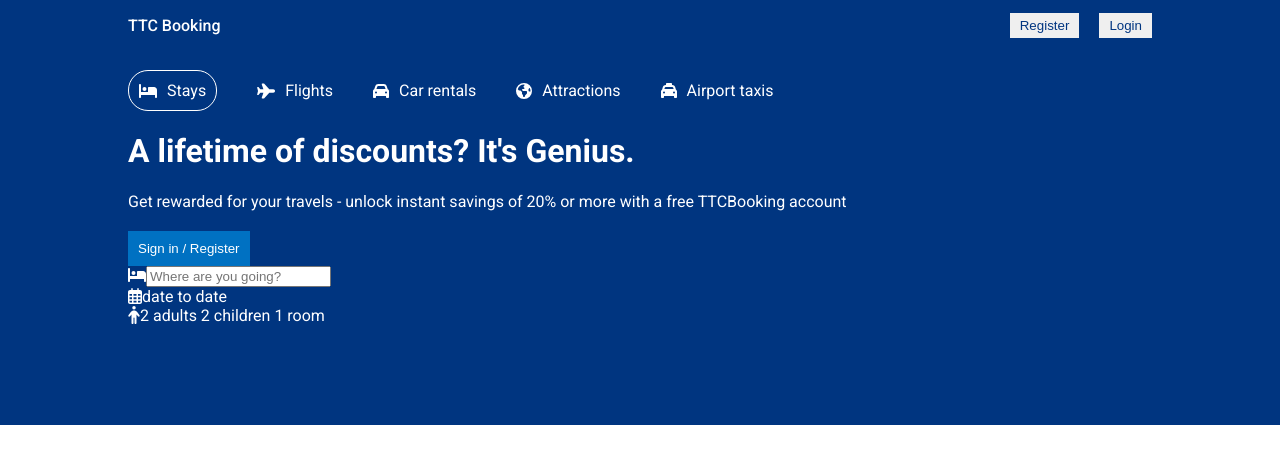
Repository: CarsonDev1/booking-app
Page: /
An editor plug-in stored every save of this project. The page is shown before and after the next save, followed by the edit.
The browser window is 1280 px wide. The pictures show the whole page.
The project was rebuilt for these pictures with package versions that can differ from the ones it lists, and the page was loaded fresh each time. Also part of the build but not shown: src/pages/home/home.css, src/pages/hotel/Hotel.jsx, src/pages/list/List.jsx.

Above is the page before, as saved 2022-12-03 01:01:41.

### public/index.html
<!DOCTYPE html>
<html lang="en">

<head>
  <meta charset="utf-8" />
  <link rel="icon" href="%PUBLIC_URL%/favicon.ico" />
  <meta name="viewport" content="width=device-width, initial-scale=1" />
  <meta name="theme-color" content="#000000" />
  <meta name="description" content="Web site created using create-react-app" />
  <link rel="apple-touch-icon" href="%PUBLIC_URL%/logo192.png" />
  <!--
      manifest.json provides metadata used when your web app is installed on a
      user's mobile device or desktop. See https://developers.google.com/web/fundamentals/web-app-manifest/
    -->
  <link rel="manifest" href="%PUBLIC_URL%/manifest.json" />
  <link rel="preconnect" href="https://fonts.googleapis.com">
  <link rel="preconnect" href="https://fonts.gstatic.com" crossorigin>
  <link
    href="https://fonts.googleapis.com/css2?family=Poppins:ital,wght@0,400;0,500;0,600;0,700;0,800;1,400;1,500;1,600;1,700&family=Roboto:ital,wght@0,300;0,400;0,500;0,700;1,300;1,400;1,500;1,700&display=swap"
    rel="stylesheet">
  <!--
      Notice the use of %PUBLIC_URL% in the tags above.
      It will be replaced with the URL of the `public` folder during the build.
      Only files inside the `public` folder can be referenced from the HTML.

      Unlike "/favicon.ico" or "favicon.ico", "%PUBLIC_URL%/favicon.ico" will
      work correctly both with client-side routing and a non-root public URL.
      Learn how to configure a non-root public URL by running `npm run build`.
    -->
  <title>React App</title>
</head>

<body>
  <noscript>You need to enable JavaScript to run this app.</noscript>
  <div id="root"></div>
  <!--
      This HTML file is a template.
      If you open it directly in the browser, you will see an empty page.

      You can add webfonts, meta tags, or analytics to this file.
      The build step will place the bundled scripts into the <body> tag.

      To begin the development, run `npm start` or `yarn start`.
      To create a production bundle, use `npm run build` or `yarn build`.
    -->
</body>

</html>

### src/index.css
body {
	margin: 0;
	padding: 0;
	box-sizing: border-box;
	font-family: "Roboto", sans-serif;
}

### src/App.js
import { BrowserRouter, Routes, Route } from "react-router-dom";
import Home from "./pages/home/Home";
import Hotel from "./pages/hotel/Hotel";
import List from "./pages/list/List";
function App() {
	return (
		<BrowserRouter>
			<Routes>
				<Route path="/" element={<Home />} />
				<Route path="/hotels" element={<List />} />
				<Route path="/hotels/:id" element={<Hotel />} />
			</Routes>
		</BrowserRouter>
	);
}

export default App;

### src/pages/home/Home.jsx
import Header from "../../components/header/Header";
import Navbar from "../../components/navbar/Navbar";
import "./home.css";

const Home = () => {
	return (
		<div>
			<Navbar />
			<Header />
		</div>
	);
};

export default Home;

### src/components/header/Header.jsx
import { faCalendarDays } from "@fortawesome/free-regular-svg-icons";
import {
	faBed,
	faCar,
	faEarth,
	faMountain,
	faPerson,
	faPlane,
	faTaxi,
} from "@fortawesome/free-solid-svg-icons";
import { FontAwesomeIcon } from "@fortawesome/react-fontawesome";
import "./header.css";

const Header = () => {
	return (
		<div className="header">
			<div className="headerContainer">
				<div className="headerList">
					<div className="headerListItem active">
						<FontAwesomeIcon icon={faBed} />
						<span>Stays</span>
					</div>
					<div className="headerListItem">
						<FontAwesomeIcon icon={faPlane} />
						<span>Flights</span>
					</div>
					<div className="headerListItem">
						<FontAwesomeIcon icon={faCar} />
						<span>Car rentals</span>
					</div>
					<div className="headerListItem">
						<FontAwesomeIcon icon={faEarth} />
						<span>Attractions</span>
					</div>
					<div className="headerListItem">
						<FontAwesomeIcon icon={faTaxi} />
						<span>Airport taxis</span>
					</div>
				</div>
				<h1 className="headerTitle">
					A lifetime of discounts? It's Genius.
				</h1>
				<p className="headerDesc">
					Get rewarded for your travels - unlock instant savings of
					20% or more with a free TTCBooking account
				</p>
				<button className="headerBtn">Sign in / Register</button>
				<div className="headerSearch">
					<div className="headerSearchItem">
						<FontAwesomeIcon icon={faBed} className="headerIcon" />
						<input
							type="text"
							placeholder="Where are you going?"
							className="headerSearchInput"
						/>
					</div>
					<div className="headerSearchItem">
						<FontAwesomeIcon
							icon={faCalendarDays}
							className="headerIcon"
						/>
						<span className="headerSearchText">date to date</span>
					</div>
					<div className="headerSearchItem">
						<FontAwesomeIcon
							icon={faPerson}
							className="headerIcon"
						/>
						<span className="headerSearchText">
							2 adults 2 children 1 room
						</span>
					</div>
				</div>
			</div>
		</div>
	);
};

export default Header;

### src/components/navbar/Navbar.jsx
import "./navbar.css";

const NavBar = () => {
	return (
		<div className="navbar">
			<div className="navContainer">
				<span className="logo">TTC Booking</span>
				<div className="navItems">
					<button className="navButton">Register</button>
					<button className="navButton">Login</button>
				</div>
			</div>
		</div>
	);
};

export default NavBar;

### src/components/header/header.css
.header {
	background-color: #003580;
	color: white;
	display: flex;
	justify-content: center;
}
.headerContainer {
	width: 100%;
	max-width: 1024px;
	margin: 20px 0px 100px 0px;
}
.headerList {
	display: flex;
	gap: 40px;
}
.headerListItem {
	display: flex;
	align-items: center;
	gap: 10px;
}
.headerListItem.active {
	border: 1px solid white;
	padding: 10px;
	border-radius: 20px;
}
.headerDesc {
	margin: 20px 0px;
}
.headerBtn {
	background-color: #0071c2;
	color: white;
	font-weight: 500;
	border: none;
	padding: 10px;
	cursor: pointer;
}

### src/components/navbar/navbar.css
.navbar {
	height: 50px;
	background-color: #003580;
	display: flex;
	justify-content: center;
}
.navContainer {
	width: 100%;
	max-width: 1024px;
	color: white;
	display: flex;
	align-items: center;
	justify-content: space-between;
}
.logo {
	font-weight: 500;
}
.navButton {
	margin-left: 20px;
	border: none;
	padding: 5px 10px;
	cursor: pointer;
	color: #003580;
}

Loaded but not shown: src/index.js (common file)

After the next save:
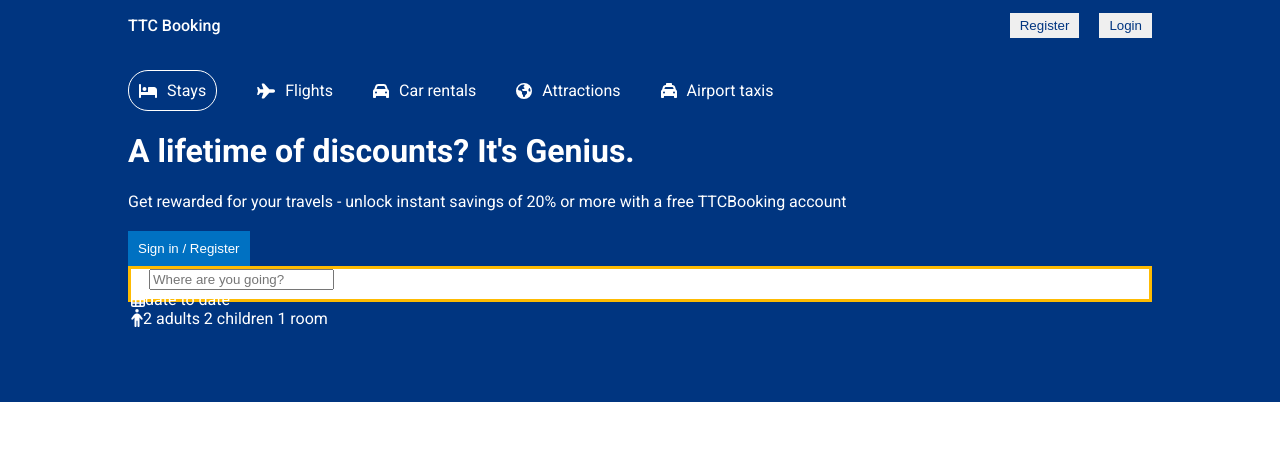
Saved 3 min 16 s later.
--- a/src/components/header/header.css
+++ b/src/components/header/header.css
@@ -34,3 +34,8 @@
 	padding: 10px;
 	cursor: pointer;
 }
+.headerSearch {
+	height: 30px;
+	background-color: white;
+	border: 3px solid #febb02;
+}
